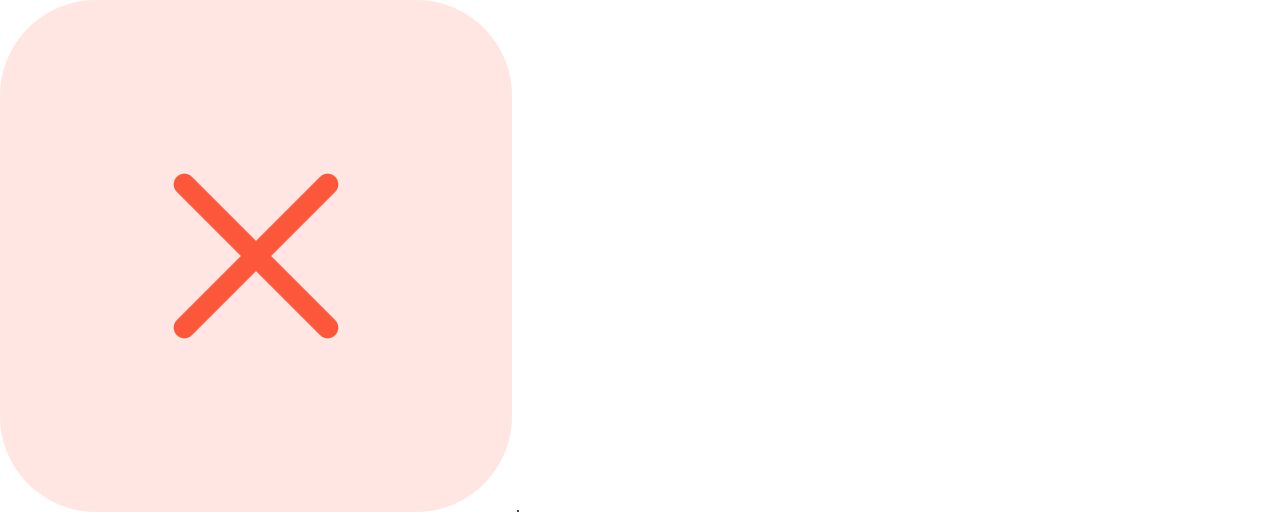
Repository: Trapti10/20-js-practice-projects-in-7-days-challenge
Page: Project_4_Modal_Project/index.html
These files come from the project's save history. The page is drawn as it stood at one moment and after a run of saves; the edit follows.
The browser window is 1280 px wide. The pictures show the part of the page from y = 720 to 1273 px (the page is 1236 px tall before and 1273 px after).

Above is the page before, as saved 2025-11-24 10:34:37.

### Project_4_Modal_Project/index.html
<!DOCTYPE html>
<html lang="en">
<head>
    <meta charset="UTF-8">
    <meta name="viewport" content="width=device-width, initial-scale=1.0">
    <title>Modal Project</title>
    <link rel="stylesheet" href="style.css">
</head>
<body>
     <div class="bg-img"  background-img>

    </div>
    <div class="card">
        <h1>Modal Project</h1>

        <button class="Open">
            Open Model
        </button>
       </div>
       <div class="modal-overlay">
        <div class="madal-container">
            <img src="assests/close.png" alt="">
            .
        </div>
       </div>
    <script src="script.js"></script>
</body>
</html>

### Project_4_Modal_Project/style.css
*{
    margin: 0;
    padding: 0;
}

.bg-img{
    height: 100vh;
    background-position: center center;
    background-repeat: no-repeat;
    position: relative;
    background-size: max(2200px, 100vw);
    background-image: url("https://png.pngtree.com/thumb_back/fh260/background/20230714/pngtree-simplicity-in-blue-a-living-room-interior-design-with-decor-and-image_3888158.jpg");
    background-repeat: no-repeat;
    align-items: center;
    margin-top: 0;
    align-items: center;

}

.card{
    position: absolute;
    top: 25%;
    left: 37%;
    background: white;
    max-height: 250px;
    max-width: 400px;
    height: 100%;
    width: 100%;
    display: flex;
    justify-content: center;
    align-items:center ;
    flex-direction: column;
    border: none;
    border-radius: 10px;
    gap: 30px;
}

button{
    height: 25px;
    width: 100px;
    color: white;
    background: rgb(29, 166, 246);
    border: none;
    border-radius: 5px;
    padding: 0 3px;
}

Loaded but not shown: Project_4_Modal_Project/script.js (no stored copy; drawn as an empty file)

After the next 3 saves:
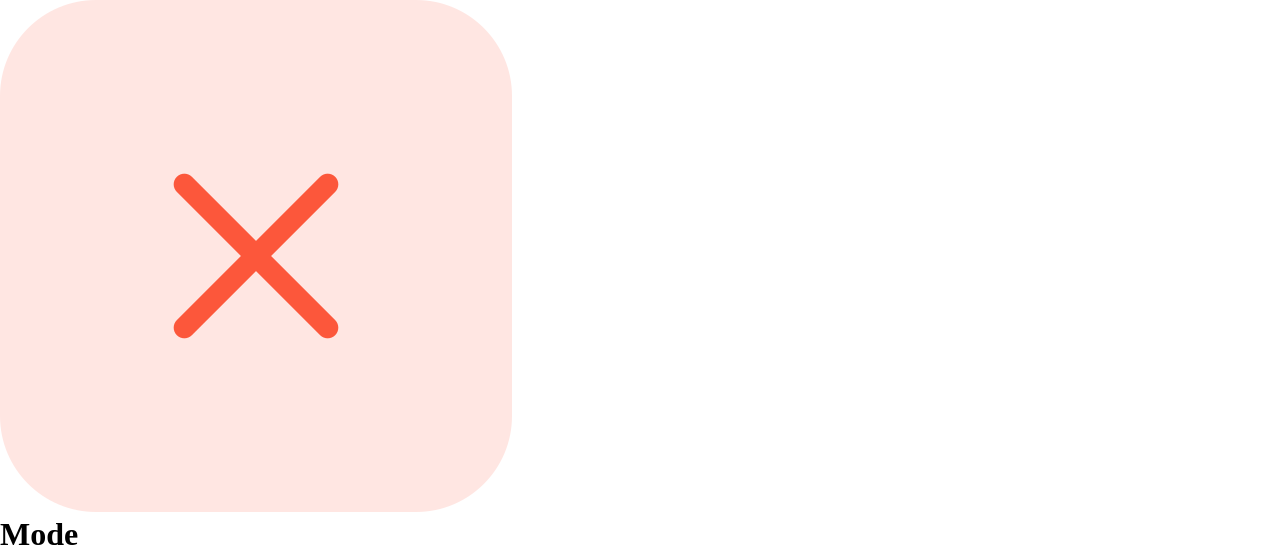
The 3 saves are shown as one change because they came seconds apart.
The last was saved 15 s later.
--- a/Project_4_Modal_Project/index.html
+++ b/Project_4_Modal_Project/index.html
@@ -20,7 +20,9 @@
        <div class="modal-overlay">
         <div class="madal-container">
             <img src="assests/close.png" alt="">
-            .
+            <div class="modalContent">
+                <h1>Mode</h1>
+            </div>
         </div>
        </div>
     <script src="script.js"></script>
